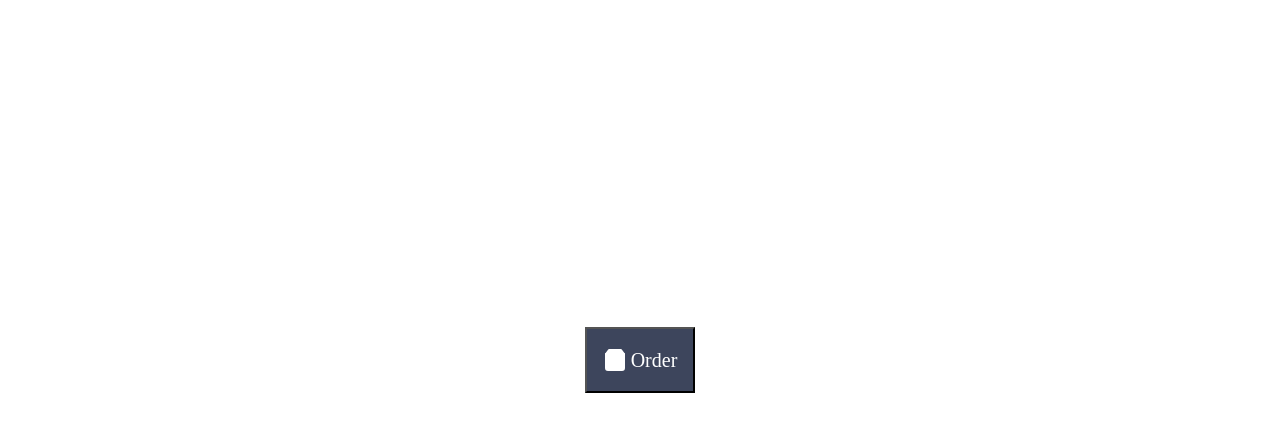
Repository: hjubsoni/hex-ocean-task
Page: /
The author's editor kept a copy of each file at every save. The page is drawn from the files as they stood at one save, then again after the next save.
The browser window is 1280 px wide. The pictures show the whole page.
The project was rebuilt for these pictures with package versions that can differ from the ones it lists, and the page was loaded fresh each time. Also part of the build but not shown: vite.config.ts.

Above is the page before, as saved 2023-03-20 21:13:54.

After the next save:
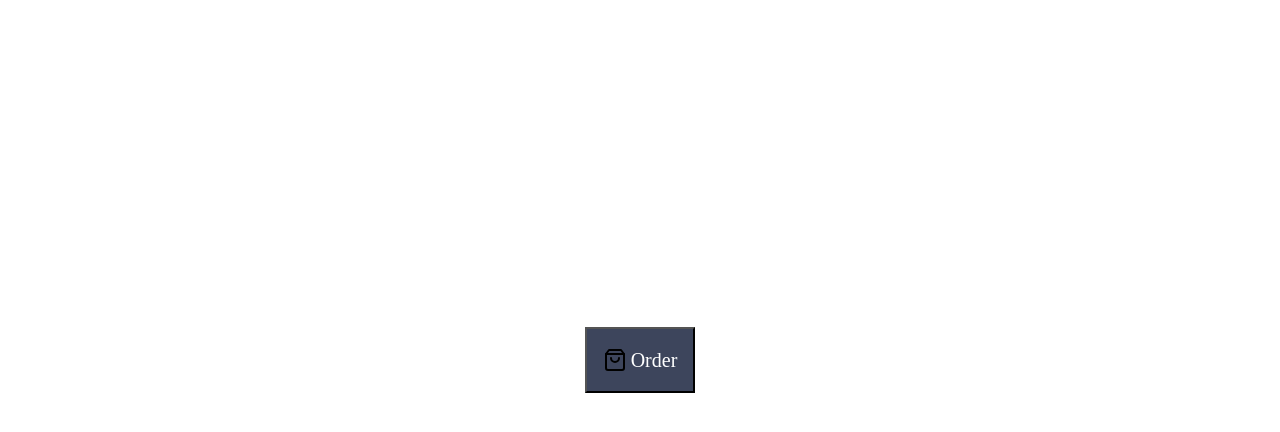
Saved 5 s later.
--- a/src/App.tsx
+++ b/src/App.tsx
@@ -6,7 +6,7 @@ function App() {
     <div className="wrapper">
       <button className="order-button">
         <span className="icon">
-          <ShoppingBag fill="white" color="white" />
+          <ShoppingBag />
         </span>
         <span className="order-button-text">Order</span>
       </button>
